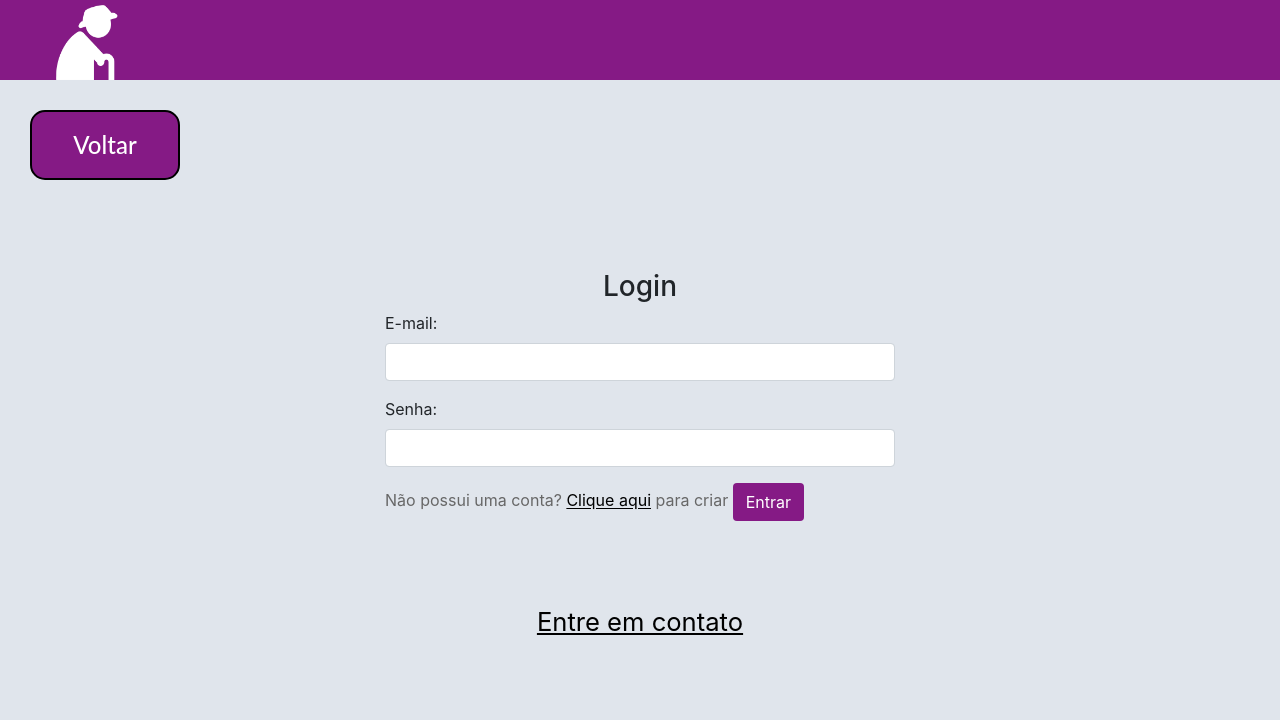
Repository: felipecampolina/TutoriTech
Page: codigo/Tutoritech/Tutoritech/src/main/resources/public/frontend/inicio-login/login.html
The author's editor kept a copy of each file at every save. The page is drawn from the files as they stood at one save, then again after the next save.
The browser window is 1280 px wide. The pictures show the whole page.
Some web libraries are served in a nearby version.

Above is the page before, as saved 2022-10-13 22:43:19.

After the next save:
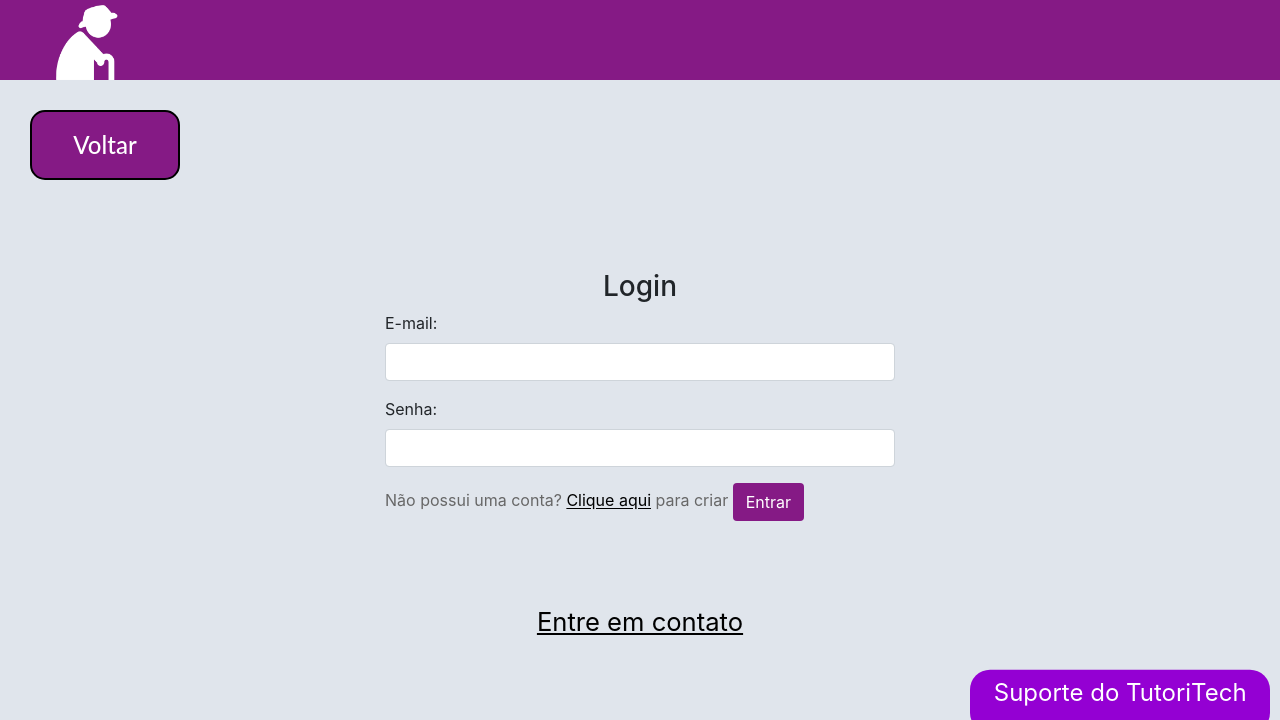
Saved 19 s later.
--- a/codigo/Tutoritech/Tutoritech/src/main/resources/public/frontend/inicio-login/login.html
+++ b/codigo/Tutoritech/Tutoritech/src/main/resources/public/frontend/inicio-login/login.html
@@ -10,6 +10,9 @@
     <link rel="stylesheet" href="https://maxcdn.bootstrapcdn.com/bootstrap/4.0.0/css/bootstrap.min.css"
         integrity="sha384-Gn5384xqQ1aoWXA+058RXPxPg6fy4IWvTNh0E263XmFcJlSAwiGgFAW/dAiS6JXm" crossorigin="anonymous">
     <link rel="stylesheet" href="template.css">
+    <script>
+    	//script
+  	</script>
 </head>
 
     <main>
@@ -17,7 +20,7 @@
             <div class="container-fluid cabecalho">
                 <div class="row">
                     <div class="col-6">
-                        <a href="/frontend/inicio-login/inicio.html"> <img class="imagemprovisoria" src="logo.png" alt=""> </a>
+                        <a href="/frontend/inicio-login/inicio"> <img class="imagemprovisoria" src="logo.png" alt=""> </a>
                     </div>
                 </div>
             </div>
@@ -25,22 +28,23 @@
         <button onclick="window.history.back()" class="custom-btn btn-13" id="botaoVoltar" style="margin-left: 30px; margin-top: 30px; font-size:x-large;">Voltar</button>
         <div id="login">
             <div class="container">
+            	<!--Para transmitir mensagens pelo backend-->
+    			<input type="hidden" id="msg" name="msg" value="">
                 <div id="login-row" class="row justify-content-center align-items-center">
                     <div id="login-column" class="col-md-6">
                         <div id="login-box" class="col-md-12">
-
-                            <form id="login-form" class="form" method="post" onsubmit="loginUser (this)">
+                            <form id="login-form" class="form" method="post" action="login">
                                 <h3 class="text-center">Login</h3>
                                 <div class="form-group">
                                     <label for="email">E-mail:</label><br>
                                     <input type="email" name="email" id="email" required class="form-control">
                                 </div>
                                 <div class="form-group">
-                                    <label for="password">Senha:</label><br>
-                                    <input type="password" name="password" id="password" required class="form-control">
+                                    <label for="senha">Senha:</label><br>
+                                    <input type="password" name="senha" id="password" required class="form-control">
                                 </div>
                                 <div id="criarconta" class="form-group text-right" style="text-align: right;">
-                                    <p>Não possui uma conta? <a class="cliqueaqui" href="/frontend/compra/compra.html" style="font-size: 1em;">Clique aqui</a> para criar
+                                    <p>Não possui uma conta? <a class="cliqueaqui" href="/frontend/compra/comprar" style="font-size: 1em;">Clique aqui</a> para criar
                                     <input  type="submit" name="submit" class="btn btn-13" value="Entrar"></p>
                                 </div>
 
@@ -53,36 +57,14 @@
     </main>
 
     <div class="divcontato">
-    <a class="Contato" href="/frontend/EntreEmContato/contato.html">Entre em contato</a>
+    <a class="Contato" href="/frontend/EntreEmContato/contato">Entre em contato</a>
    </div>
 
+       	<div class="bot-area">
+    		<button onclick="abrirBot()" id="bot-nome" style="color:#ffffff; margin-bottom: 22px">Suporte do TutoriTech</button>
+    	</div>
+
     <script src="app.js"></script>
-    <script>
-
-        // Declara uma função para processar o formulário de login
-        function processaFormLogin(event) {
-            // Cancela a submissão do formulário para tratar sem fazer refresh da tela
-            event.preventDefault();
-
-            // Obtem os dados de login e senha a partir do formulário de login
-            var email = document.getElementById('email').value;
-            var password = document.getElementById('password').value;
-
-            // Valida login e se estiver ok, redireciona para tela inicial da aplicação
-            resultadoLogin = loginUser(email, password);
-            if (resultadoLogin) {
-                window.location.href = '/frontend/cat-premium/index.html';
-            }
-            else { // Se login falhou, avisa ao usuário
-                alert('Usuário ou senha incorretos');
-            }
-        }
-
-
-        // Associa a funçao processaFormLogin  formulário adicionado um manipulador do evento submit
-        document.getElementById('login-form').addEventListener('submit', processaFormLogin);
-
-    </script>
 
     <script src="https://code.jquery.com/jquery-3.2.1.slim.min.js"
         integrity="sha384-KJ3o2DKtIkvYIK3UENzmM7KCkRr/rE9/Qpg6aAZGJwFDMVNA/GpGFF93hXpG5KkN"
